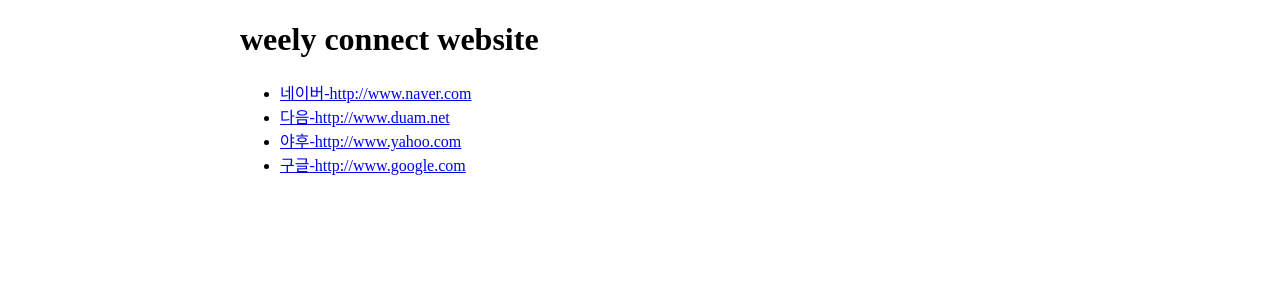
Repository: luna2222/web
Page: 01HTML5/WebContent/[8강]CSS3선택자2/08_03.html
The author's editor kept a copy of each file at every save. The page is drawn from the files as they stood at one save, then again after the next save.
The browser window is 1280 px wide. The pictures show the whole page.

Above is the page before, as saved 2019-02-19 08:27:58.

After the next save:
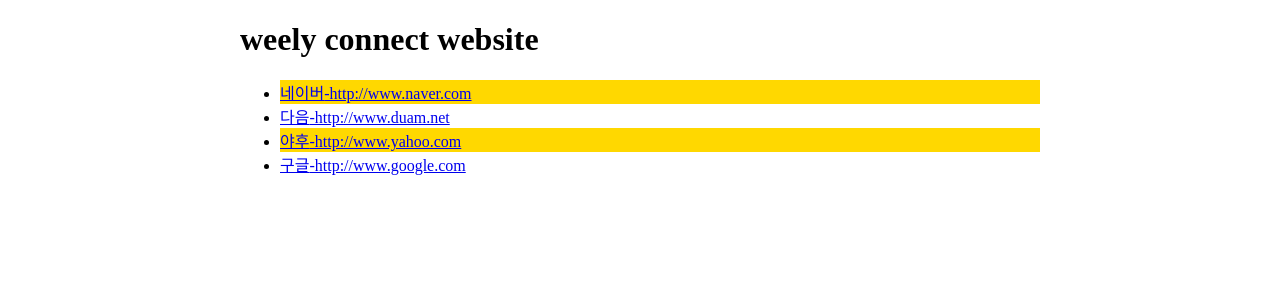
Saved 36 s later.
--- a/01HTML5/WebContent/[8강]CSS3선택자2/08_03.html
+++ b/01HTML5/WebContent/[8강]CSS3선택자2/08_03.html
@@ -18,7 +18,7 @@
 		content: '-'attr(href);
 		}
 		#content li:not(.fa){
-		backgound-color:#ffd800;
+		background-color:#ffd800;
 		}
 		</style >
 </head>
